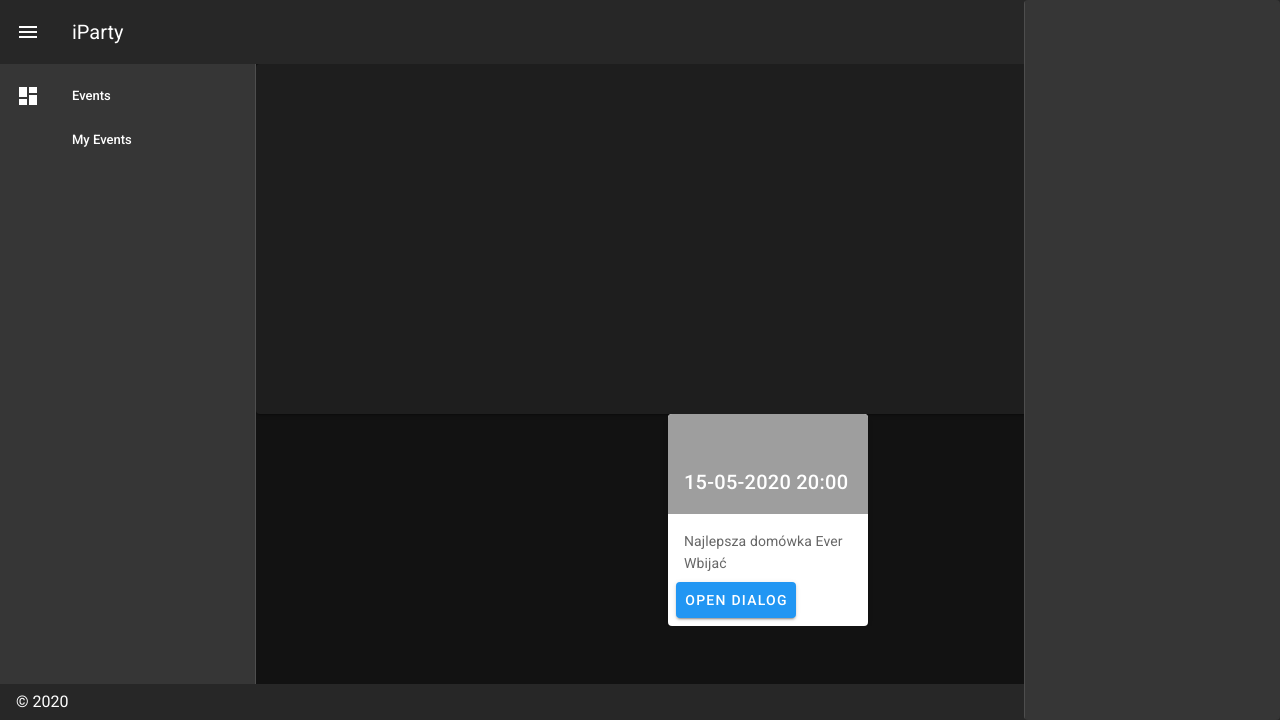
Repository: hexanek/partyapp
Page: /
The author's editor kept a copy of each file at every save. The page is drawn from the files as they stood at one save, then again after the next save.
The browser window is 1280 px wide. The pictures show the whole page.
Pictures or frames that could not be fetched are drawn as grey boxes. The project was rebuilt for these pictures with package versions that can differ from the ones it lists, and the page was loaded fresh each time. Also part of the build but not shown: vue.config.js.

Above is the page before, as saved 2020-01-25 18:04:20.

After the next save:
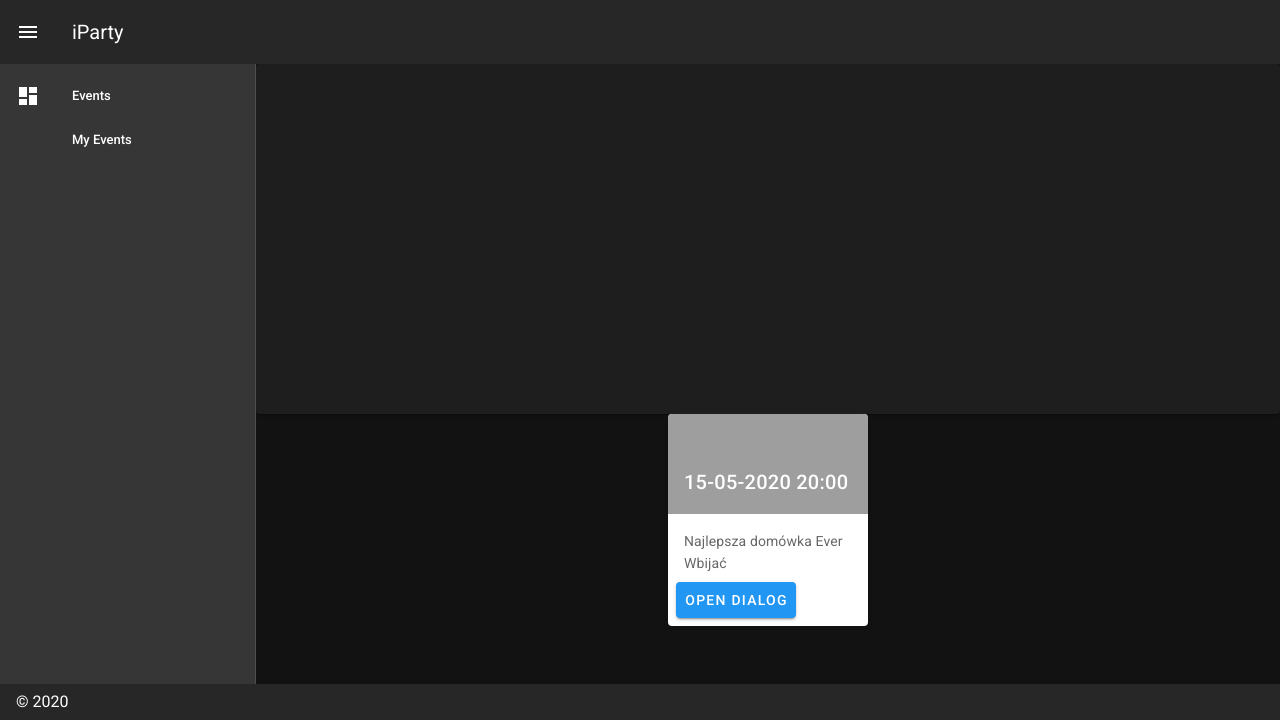
Saved 69 s later.
--- a/src/App.vue
+++ b/src/App.vue
@@ -8,12 +8,10 @@
     <v-content>
 
       <v-responsive>
-        <v-card height="350px">
-      <v-navigation-drawer
-      fixed
-      permanent
-      right
-      ></v-navigation-drawer>
+        <v-card height="350px"
+        fixed
+        permanent
+        right>
       </v-card>
 
       <gmap

After the save that followed:
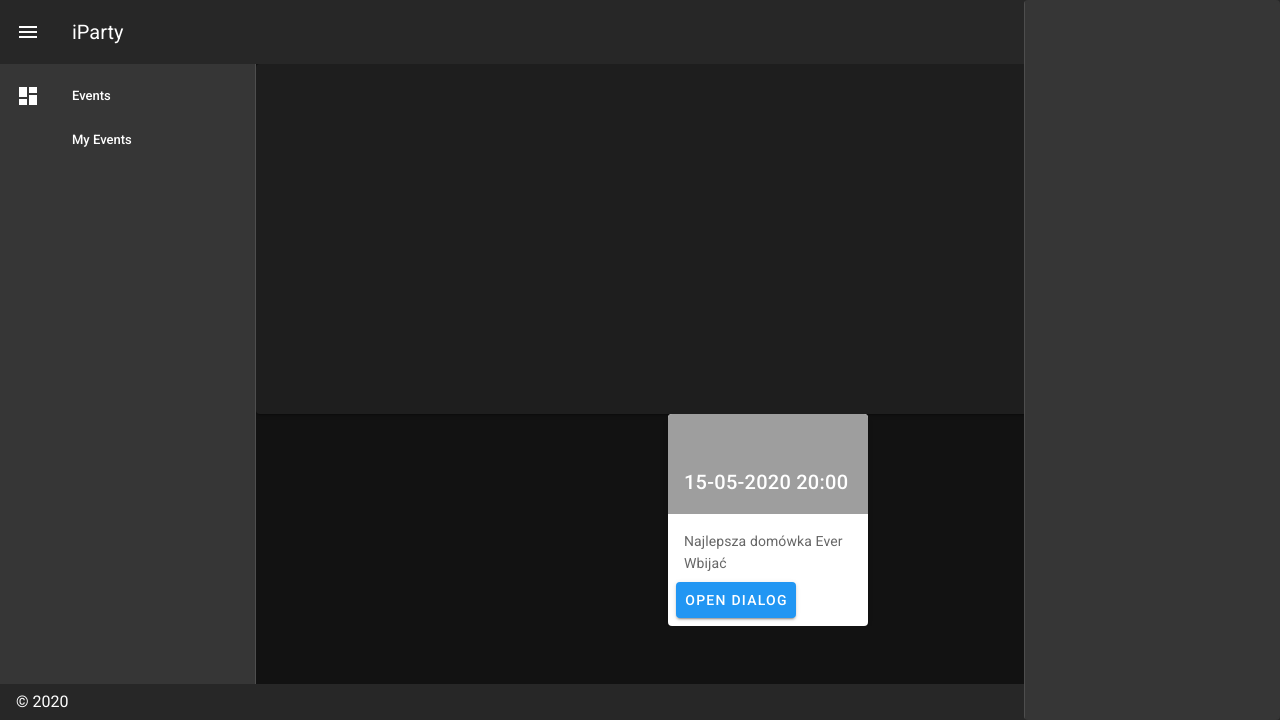
Saved 20 s later.
--- a/src/App.vue
+++ b/src/App.vue
@@ -8,10 +8,12 @@
     <v-content>
 
       <v-responsive>
-        <v-card height="350px"
-        fixed
-        permanent
-        right>
+        <v-card height="350px">
+      <v-navigation-drawer
+      fixed
+      permanent
+      right
+      ></v-navigation-drawer>
       </v-card>
 
       <gmap
